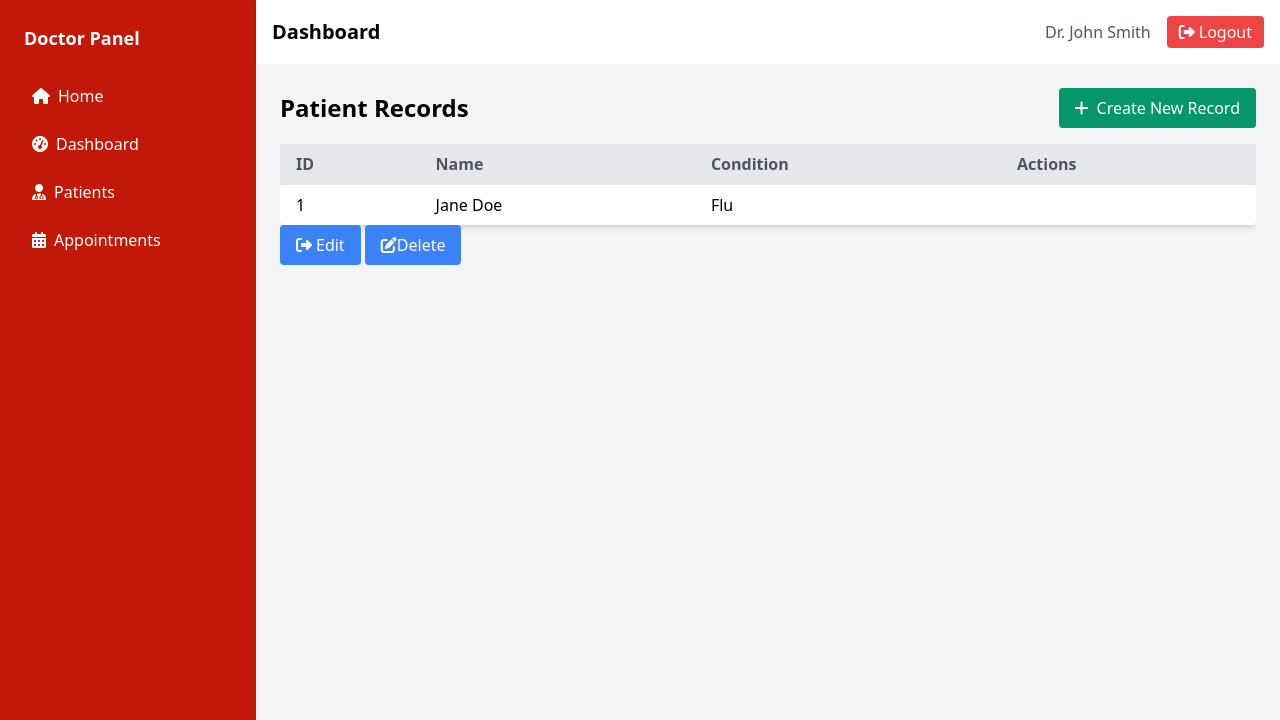
Repository: BinuriJ/HospitalSystem
Page: http://localhost/CyborgSys/DoctorDashboard.jsp
The author's editor kept a copy of each file at every save. The page is drawn from the files as they stood at one save, then again after the next save.
The browser window is 1280 px wide. The pictures show the whole page.
Some web libraries are served in a nearby version. The page is served by Tomcat 9.

Above is the page before, as saved 2025-05-08 17:12:16.

After the next save:
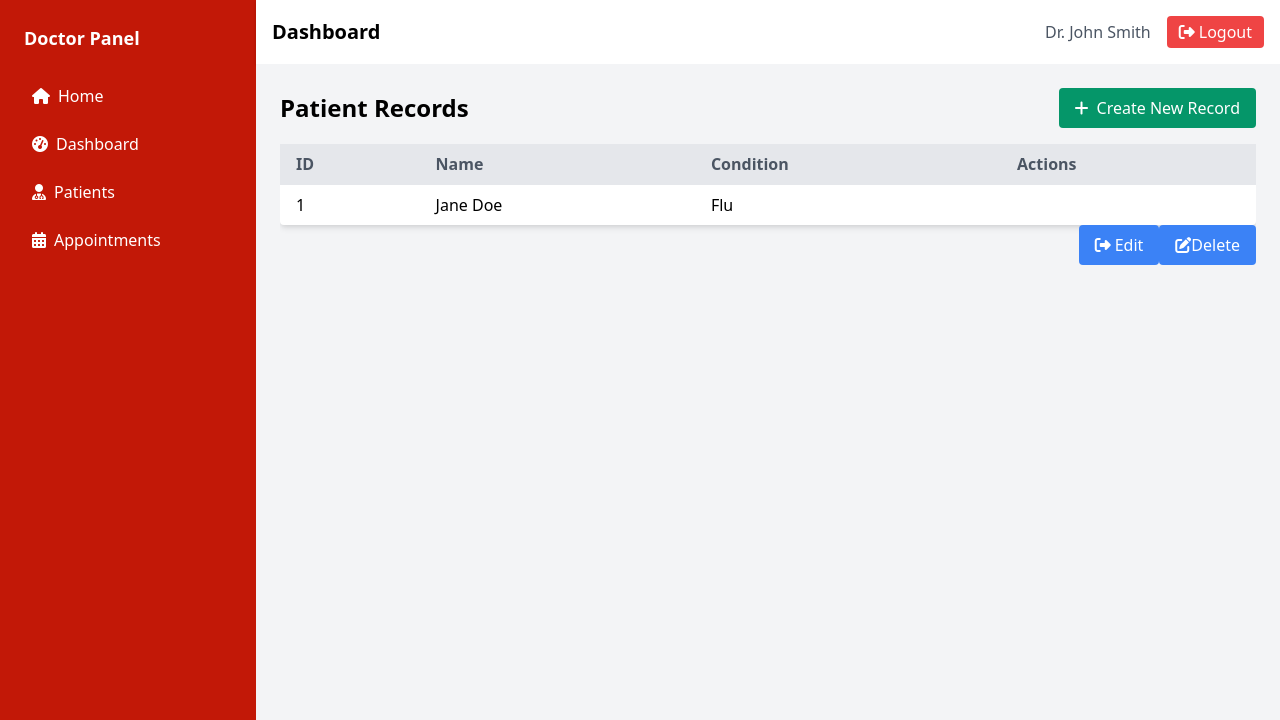
Saved 79 s later.
--- a/CyborgSys/WebContent/DoctorDashboard.jsp
+++ b/CyborgSys/WebContent/DoctorDashboard.jsp
@@ -71,10 +71,11 @@
               <!-- More rows as needed -->
             </tbody>
           </table>
-          <button class="bg-blue-500 text-white px-4 py-2 rounded hover:bg-blue-500 " title="Edit">
+          <div class="flex justify-end">
+          	<button class="bg-blue-500 text-white px-4 py-2 rounded hover:bg-blue-500 " title="Edit">
                     <i class="fas fa-sign-out-alt mr-1"></i>Edit
-           </button>
-           <button class="bg-blue-500 text-white px-4 py-2 rounded hover:bg-blue-500" title="Delete">
+           	</button>
+           	<button class="bg-blue-500 text-white px-4 py-2 rounded hover:bg-blue-500" title="Delete">
                     <i class="fas fa-edit"></i>Delete
            </button>
         </div>
